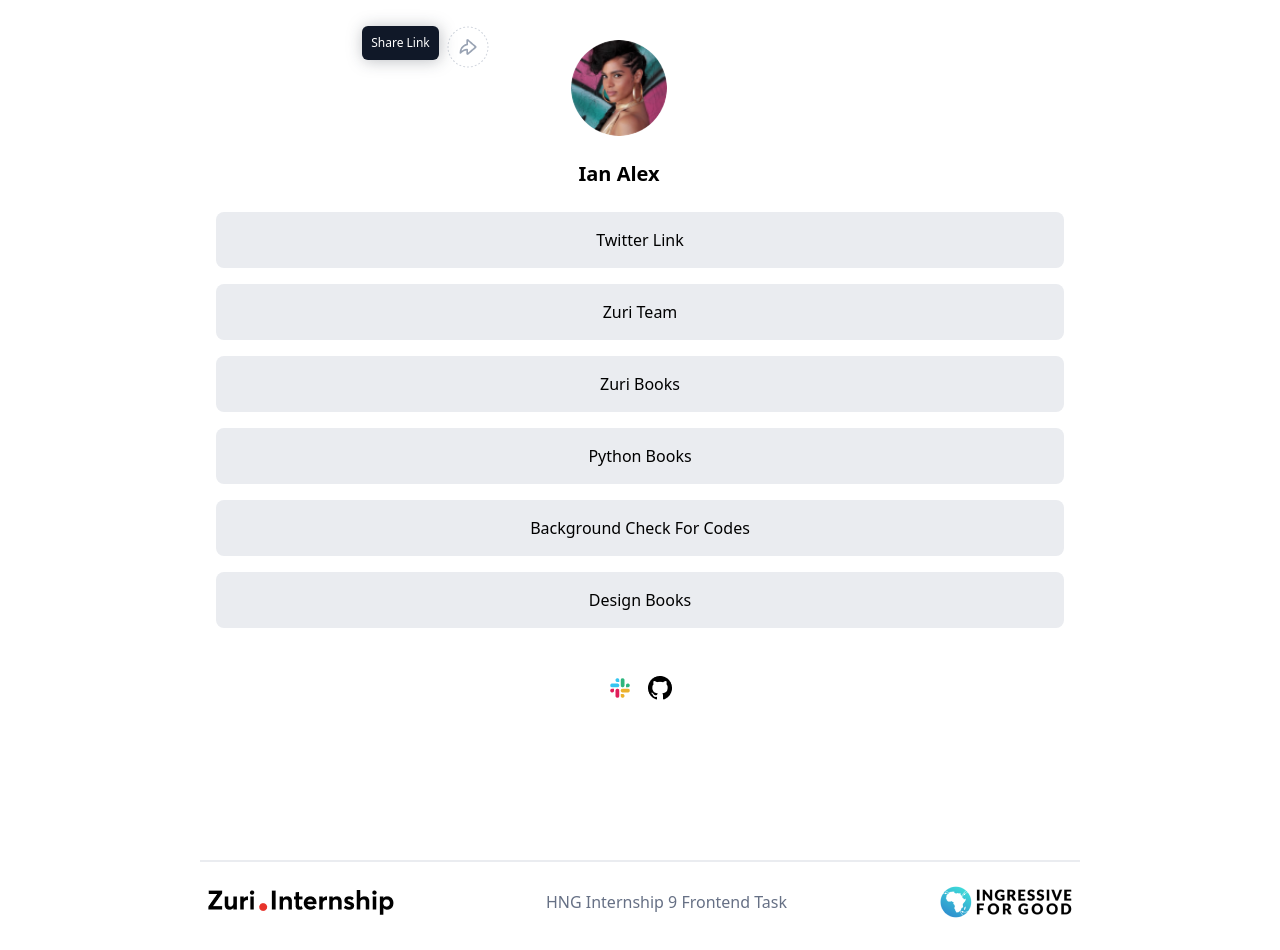
Repository: nonso7/hng9
Page: /
These files come from the project's save history. The page is drawn as it stood at one moment and after the next save; the edit follows.
The browser window is 1280 px wide. The pictures show the whole page.
The project was rebuilt for these pictures with package versions that can differ from the ones it lists, and the page was loaded fresh each time. Also part of the build but not shown: vite.config.js.

Above is the page before, as saved 2022-10-27 14:03:12.

After the next save:
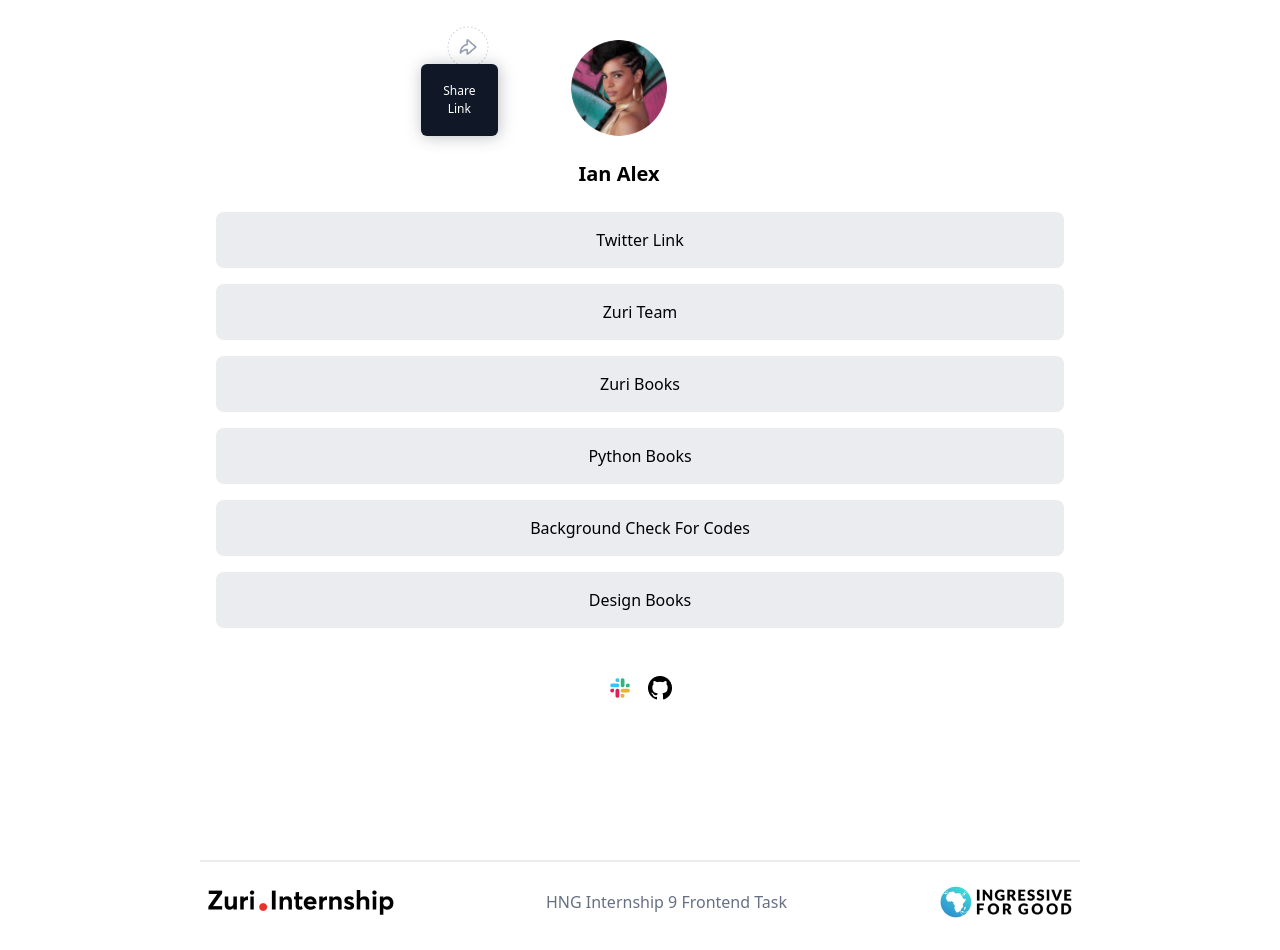
Saved 64 s later.
--- a/src/styles/tailwind.css
+++ b/src/styles/tailwind.css
@@ -66,6 +66,17 @@
   transition: visibility 0.3s;
 }
 
+.shareFull .sharelink {
+  content: "";
+  position: absolute;
+  top: 50%;
+  transform: translateY(-50%);
+  margin-left: -5px;
+  right: -21%;
+  border: 10px solid #101828;
+  border-color: transparent transparent transparent #101828;
+}
+
 .dotShare {
   display: none;
 }

After the save that followed:
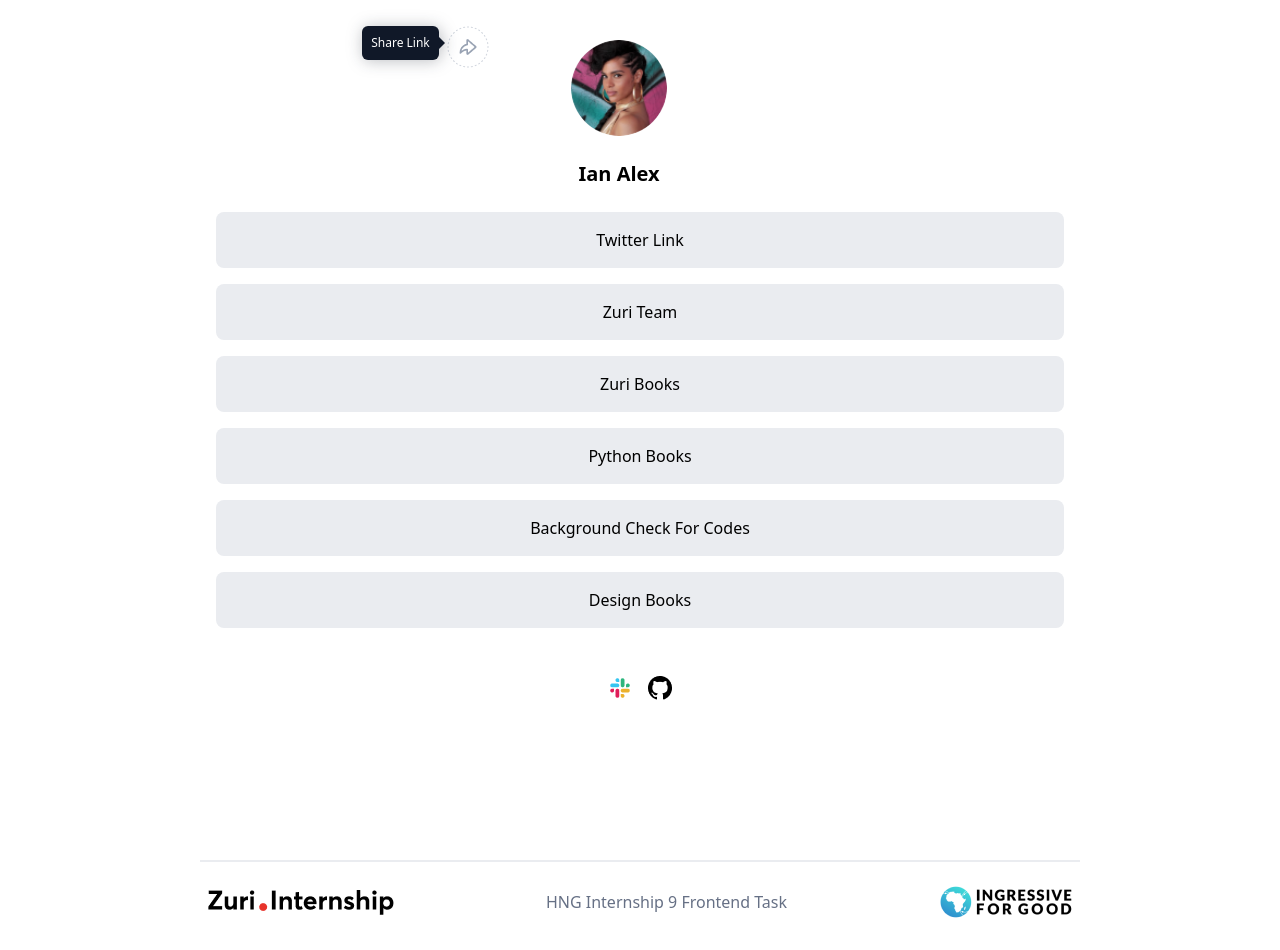
Saved 22 s later.
--- a/src/styles/tailwind.css
+++ b/src/styles/tailwind.css
@@ -66,7 +66,7 @@
   transition: visibility 0.3s;
 }
 
-.shareFull .sharelink {
+.shareFull .sharelink::after {
   content: "";
   position: absolute;
   top: 50%;
